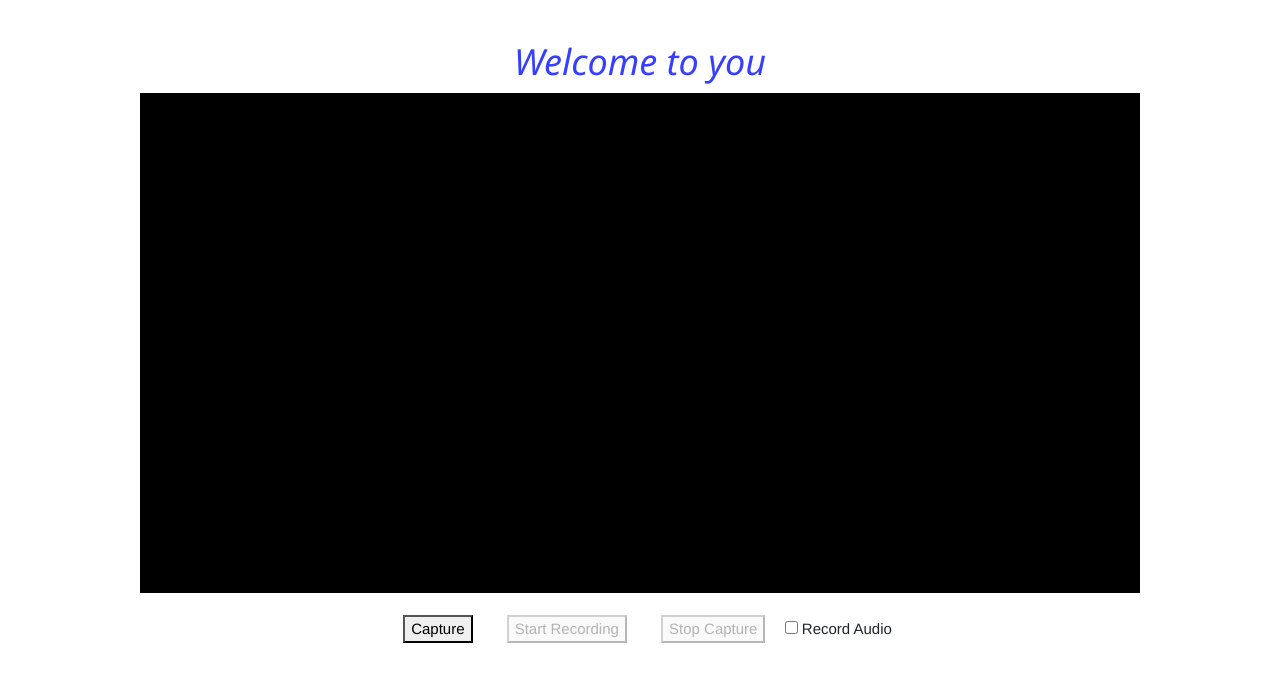
Repository: santiljanomalaj/recording_youtube
Page: index.html
These files come from the project's save history. The page is drawn as it stood at one moment and after the next save; the edit follows.
The browser window is 1280 px wide. The pictures show the whole page.

Above is the page before, as saved 2020-04-29 18:31:23.

### index.html
<!DOCTYPE html>
<html lang="en">
  <head>
    <title>video/audio capture</title>
    <meta charset="utf-8" />
    <meta http-equiv="X-UA-Compatible" content="IE=edge" />
    <meta name="viewport" content="width=device-width, initial-scale=1" />

    <link
      rel="stylesheet"
      href="https://maxcdn.bootstrapcdn.com/bootstrap/4.4.1/css/bootstrap.min.css"
    />
    <link rel="stylesheet" href="https://www.w3schools.com/w3css/4/w3.css" />
    <link
      rel="stylesheet"
      href="https://fonts.googleapis.com/css?family=Tangerine"
    />
    <link rel="stylesheet" href="style.css" />

    <!-- <script>
      if (location.protocol !== "https:") location.protocol = "https:";
    </script> -->
    <!-- import the webpage's stylesheet -->
  </head>
  <body>
    <center>
      <div class="w3-container w3-tangerine">
        <h1 class="w3-xxlarge">Welcome to you</h1>
      </div>
      <p id="warning">
        Enable chrome://flags/#enable-experimental-web-platform-features
      </p>
      <video
        style="background-color: black; width: 1000px; height: 500px;"
        id="videoElement"
        autoplay
      ></video>
      <br />
      <button id="captureBtn">Capture</button>
      <button id="startBtn" disabled>Start Recording</button>
      <button id="stopBtn" disabled>Stop Capture</button>
      <input type="checkbox" id="audioToggle" />
      <label for="audioToggle">Record Audio</label>
      <a class="btn btn-primary" id="download" href="#" style="display: none;"
        >Download</a
      >
      <a
        type="button"
        class="btn btn-primary"
        id="trim"
        href="https://video-cut.glitch.me/"
        style="display: none;"
        target="trim"
        >Trim Video</a
      >
      <a
        type="button"
        class="btn btn-primary"
        id="convert"
        href="https://convert-to-mp4.glitch.me/"
        style="display: none;"
        target="convert"
        >Convert to MP4</a
      >
    </center>

    <script src="comlink.js"></script>
    <script src="https://ajax.googleapis.com/ajax/libs/jquery/3.4.1/jquery.min.js"></script>
    <script src="https://cdnjs.cloudflare.com/ajax/libs/popper.js/1.16.0/umd/popper.min.js"></script>
    <script src="https://maxcdn.bootstrapcdn.com/bootstrap/4.4.1/js/bootstrap.min.js"></script>

    <script>
      if ("getDisplayMedia" in navigator.mediaDevices)
        warning.style.display = "none";

      let blobs;
      let blob;
      let rec;
      let stream;

      captureBtn.onclick = async () => {
        trim.style.display = "none";
        convert.style.display = "none";
        download.style.display = "none";
        let audio = audioToggle.checked || false;

        stream = await navigator.mediaDevices.getDisplayMedia({
          video: true,
          audio: audio,
        });
        stream
          .getVideoTracks()
          .forEach((track) => (track.contentHint = "text"));
        videoElement.srcObject = stream;
        let opts = { mimeType: "video/webm; codecs=h264" };
        blobs = [];
        rec = new MediaRecorder(stream, opts);
        rec.ondataavailable = (e) => blobs.push(e.data);
        rec.onstop = () => {
          blob = new Blob(blobs, { type: "video/mp4" });
          let url = window.URL.createObjectURL(blob);
          download.href = url;
          download.download = "test.mp4";
          download.style.display = "block";
          trim.style.display = "block";
          convert.style.display = "block";
        };
        startBtn.disabled = false;
        captureBtn.disabled = true;
        audioToggle.disabled = true;
      };

      startBtn.onclick = () => {
        startBtn.disabled = true;
        stopBtn.disabled = false;
        rec.start();
      };

      stopBtn.onclick = () => {
        captureBtn.disabled = false;
        startBtn.disabled = true;
        stopBtn.disabled = true;
        audioToggle.disabled = false;
        rec.stop();
        stream.getTracks().forEach((s) => s.stop());
        videoElement.srcObject = null;
        stream = null;
      };

      trim.onclick = async (event) => {
        event.preventDefault();
        let cutWindow = window.open(event.target.href);
        let start = Comlink.proxy(cutWindow);
        setTimeout(async () => {
          let result = await start(
            new File([blob], "test.webm", { type: "video/webm" }),
            "00:00:00"
          );
        }, 1000);
      };

      convert.onclick = async (event) => {
        event.preventDefault();
        let convertWindow = window.open(event.target.href);
        let start = Comlink.proxy(convertWindow);
        setTimeout(async () => {
          let result = await start(
            new File([blob], "test.webm", { type: "video/webm" })
          );
        }, 1000);
      };
    </script>
  </body>
</html>

### style.css
/* CSS files add styling rules to your content */

body {
  font-family: "Benton Sans", "Helvetica Neue", helvetica, arial, sans-serif;
  margin: 2em;
}

h1 {
  font-style: italic;
  color: #373fff;
}

video {
  width: 1000px;
  height: 1000px;
}

button {
  margin: 1em;
  padding: 1;
}

.w3-tangerine {
  font-family: "Tangerine", serif;
}

### comlink.js
/**
 * Copyright 2017 Google Inc. All Rights Reserved.
 * Licensed under the Apache License, Version 2.0 (the "License");
 * you may not use this file except in compliance with the License.
 * You may obtain a copy of the License at
 *     http://www.apache.org/licenses/LICENSE-2.0
 * Unless required by applicable law or agreed to in writing, software
 * distributed under the License is distributed on an "AS IS" BASIS,
 * WITHOUT WARRANTIES OR CONDITIONS OF ANY KIND, either express or implied.
 * See the License for the specific language governing permissions and
 * limitations under the License.
 */
(function (factory) {
  if (typeof module === "object" && typeof module.exports === "object") {
    var v = factory(require, exports);
    if (v !== undefined) module.exports = v;
  } else if (typeof define === "function" && define.amd) {
    define(["require", "exports"], factory);
  } else {
    factory([], (self.Comlink = {}));
  }
})(function (require, exports) {
  "use strict";
  Object.defineProperty(exports, "__esModule", { value: true });
  const TRANSFERABLE_TYPES = [ArrayBuffer, MessagePort];
  const uid = Math.floor(Math.random() * Number.MAX_SAFE_INTEGER);
  const proxyValueSymbol = Symbol("proxyValue");
  const throwSymbol = Symbol("throw");
  const proxyTransferHandler = {
    canHandle: (obj) => obj && obj[proxyValueSymbol],
    serialize: (obj) => {
      const { port1, port2 } = new MessageChannel();
      expose(obj, port1);
      return port2;
    },
    deserialize: (obj) => {
      return proxy(obj);
    },
  };
  const throwTransferHandler = {
    canHandle: (obj) => obj && obj[throwSymbol],
    serialize: (obj) => obj.toString() + "\n" + obj.stack,
    deserialize: (obj) => {
      throw Error(obj);
    },
  };
  exports.transferHandlers = new Map([
    ["PROXY", proxyTransferHandler],
    ["THROW", throwTransferHandler],
  ]);
  let pingPongMessageCounter = 0;
  function proxy(endpoint, target) {
    if (isWindow(endpoint)) endpoint = windowEndpoint(endpoint);
    if (!isEndpoint(endpoint))
      throw Error(
        "endpoint does not have all of addEventListener, removeEventListener and postMessage defined"
      );
    activateEndpoint(endpoint);
    return cbProxy(
      async (irequest) => {
        let args = [];
        if (irequest.type === "APPLY" || irequest.type === "CONSTRUCT")
          args = irequest.argumentsList.map(wrapValue);
        const response = await pingPongMessage(
          endpoint,
          Object.assign({}, irequest, { argumentsList: args }),
          transferableProperties(args)
        );
        const result = response.data;
        return unwrapValue(result.value);
      },
      [],
      target
    );
  }
  exports.proxy = proxy;
  function proxyValue(obj) {
    obj[proxyValueSymbol] = true;
    return obj;
  }
  exports.proxyValue = proxyValue;
  function expose(rootObj, endpoint) {
    if (isWindow(endpoint)) endpoint = windowEndpoint(endpoint);
    if (!isEndpoint(endpoint))
      throw Error(
        "endpoint does not have all of addEventListener, removeEventListener and postMessage defined"
      );
    activateEndpoint(endpoint);
    attachMessageHandler(endpoint, async function (event) {
      if (!event.data.id || !event.data.callPath) return;
      const irequest = event.data;
      let that = await irequest.callPath
        .slice(0, -1)
        .reduce((obj, propName) => obj[propName], rootObj);
      let obj = await irequest.callPath.reduce(
        (obj, propName) => obj[propName],
        rootObj
      );
      let iresult = obj;
      let args = [];
      if (irequest.type === "APPLY" || irequest.type === "CONSTRUCT")
        args = irequest.argumentsList.map(unwrapValue);
      if (irequest.type === "APPLY") {
        try {
          iresult = await obj.apply(that, args);
        } catch (e) {
          iresult = e;
          iresult[throwSymbol] = true;
        }
      }
      if (irequest.type === "CONSTRUCT") {
        try {
          iresult = new obj(...args); // eslint-disable-line new-cap
          iresult = proxyValue(iresult);
        } catch (e) {
          iresult = e;
          iresult[throwSymbol] = true;
        }
      }
      if (irequest.type === "SET") {
        obj[irequest.property] = irequest.value;
        // FIXME: ES6 Proxy Handler `set` methods are supposed to return a
        // boolean. To show good will, we return true asynchronously ¯\_(ツ)_/¯
        iresult = true;
      }
      iresult = makeInvocationResult(iresult);
      iresult.id = irequest.id;
      return endpoint.postMessage(iresult, transferableProperties([iresult]));
    });
  }
  exports.expose = expose;
  function wrapValue(arg) {
    // Is arg itself handled by a TransferHandler?
    for (const [key, transferHandler] of exports.transferHandlers) {
      if (transferHandler.canHandle(arg)) {
        return {
          type: key,
          value: transferHandler.serialize(arg),
        };
      }
    }
    // If not, traverse the entire object and find handled values.
    let wrappedChildren = [];
    for (const item of iterateAllProperties(arg)) {
      for (const [key, transferHandler] of exports.transferHandlers) {
        if (transferHandler.canHandle(item.value)) {
          wrappedChildren.push({
            path: item.path,
            wrappedValue: {
              type: key,
              value: transferHandler.serialize(item.value),
            },
          });
        }
      }
    }
    for (const wrappedChild of wrappedChildren) {
      const container = wrappedChild.path
        .slice(0, -1)
        .reduce((obj, key) => obj[key], arg);
      container[wrappedChild.path[wrappedChild.path.length - 1]] = null;
    }
    return {
      type: "RAW",
      value: arg,
      wrappedChildren,
    };
  }
  function unwrapValue(arg) {
    if (exports.transferHandlers.has(arg.type)) {
      const transferHandler = exports.transferHandlers.get(arg.type);
      return transferHandler.deserialize(arg.value);
    } else if (isRawWrappedValue(arg)) {
      for (const wrappedChildValue of arg.wrappedChildren || []) {
        if (!exports.transferHandlers.has(wrappedChildValue.wrappedValue.type))
          throw Error(
            `Unknown value type "${arg.type}" at ${wrappedChildValue.path.join(
              "."
            )}`
          );
        const transferHandler = exports.transferHandlers.get(
          wrappedChildValue.wrappedValue.type
        );
        const newValue = transferHandler.deserialize(
          wrappedChildValue.wrappedValue.value
        );
        replaceValueInObjectAtPath(arg.value, wrappedChildValue.path, newValue);
      }
      return arg.value;
    } else {
      throw Error(`Unknown value type "${arg.type}"`);
    }
  }
  function replaceValueInObjectAtPath(obj, path, newVal) {
    const lastKey = path.slice(-1)[0];
    const lastObj = path.slice(0, -1).reduce((obj, key) => obj[key], obj);
    lastObj[lastKey] = newVal;
  }
  function isRawWrappedValue(arg) {
    return arg.type === "RAW";
  }
  function windowEndpoint(w) {
    if (self.constructor.name !== "Window") throw Error("self is not a window");
    return {
      addEventListener: self.addEventListener.bind(self),
      removeEventListener: self.removeEventListener.bind(self),
      postMessage: (msg, transfer) => w.postMessage(msg, "*", transfer),
    };
  }
  function isEndpoint(endpoint) {
    return (
      "addEventListener" in endpoint &&
      "removeEventListener" in endpoint &&
      "postMessage" in endpoint
    );
  }
  function activateEndpoint(endpoint) {
    if (isMessagePort(endpoint)) endpoint.start();
  }
  function attachMessageHandler(endpoint, f) {
    // Checking all possible types of `endpoint` manually satisfies TypeScript’s
    // type checker. Not sure why the inference is failing here. Since it’s
    // unnecessary code I’m going to resort to `any` for now.
    // if(isWorker(endpoint))
    //   endpoint.addEventListener('message', f);
    // if(isMessagePort(endpoint))
    //   endpoint.addEventListener('message', f);
    // if(isOtherWindow(endpoint))
    //   endpoint.addEventListener('message', f);
    endpoint.addEventListener("message", f);
  }
  function detachMessageHandler(endpoint, f) {
    // Same as above.
    endpoint.removeEventListener("message", f);
  }
  function isMessagePort(endpoint) {
    return endpoint.constructor.name === "MessagePort";
  }
  function isWindow(endpoint) {
    // TODO: This doesn’t work on cross-origin iframes.
    // return endpoint.constructor.name === 'Window';
    return ["window", "length", "location", "parent", "opener"].every(
      (prop) => prop in endpoint
    );
  }
  /**
   * `pingPongMessage` sends a `postMessage` and waits for a reply. Replies are
   * identified by a unique id that is attached to the payload.
   */
  function pingPongMessage(endpoint, msg, transferables) {
    const id = `${uid}-${pingPongMessageCounter++}`;
    return new Promise((resolve) => {
      attachMessageHandler(endpoint, function handler(event) {
        if (event.data.id !== id) return;
        detachMessageHandler(endpoint, handler);
        resolve(event);
      });
      // Copy msg and add `id` property
      msg = Object.assign({}, msg, { id });
      endpoint.postMessage(msg, transferables);
    });
  }
  function cbProxy(cb, callPath = [], target = function () {}) {
    return new Proxy(target, {
      construct(_target, argumentsList, proxy) {
        return cb({
          type: "CONSTRUCT",
          callPath,
          argumentsList,
        });
      },
      apply(_target, _thisArg, argumentsList) {
        // We use `bind` as an indicator to have a remote function bound locally.
        // The actual target for `bind()` is currently ignored.
        if (callPath[callPath.length - 1] === "bind")
          return cbProxy(cb, callPath.slice(0, -1));
        return cb({
          type: "APPLY",
          callPath,
          argumentsList,
        });
      },
      get(_target, property, proxy) {
        if (property === "then" && callPath.length === 0) {
          return { then: () => proxy };
        } else if (property === "then") {
          const r = cb({
            type: "GET",
            callPath,
          });
          return Promise.resolve(r).then.bind(r);
        } else {
          return cbProxy(cb, callPath.concat(property), _target[property]);
        }
      },
      set(_target, property, value, _proxy) {
        return cb({
          type: "SET",
          callPath,
          property,
          value,
        });
      },
    });
  }
  function isTransferable(thing) {
    return TRANSFERABLE_TYPES.some((type) => thing instanceof type);
  }
  function* iterateAllProperties(value, path = [], visited = null) {
    if (!value) return;
    if (!visited) visited = new WeakSet();
    if (visited.has(value)) return;
    if (typeof value === "string") return;
    if (typeof value === "object") visited.add(value);
    if (ArrayBuffer.isView(value)) return;
    yield { value, path };
    const keys = Object.keys(value);
    for (const key of keys)
      yield* iterateAllProperties(value[key], [...path, key], visited);
  }
  function transferableProperties(obj) {
    const r = [];
    for (const prop of iterateAllProperties(obj)) {
      if (isTransferable(prop.value)) r.push(prop.value);
    }
    return r;
  }
  function makeInvocationResult(obj) {
    for (const [type, transferHandler] of exports.transferHandlers) {
      if (transferHandler.canHandle(obj)) {
        const value = transferHandler.serialize(obj);
        return {
          value: { type, value },
        };
      }
    }
    return {
      value: {
        type: "RAW",
        value: obj,
      },
    };
  }
});

After the next save:
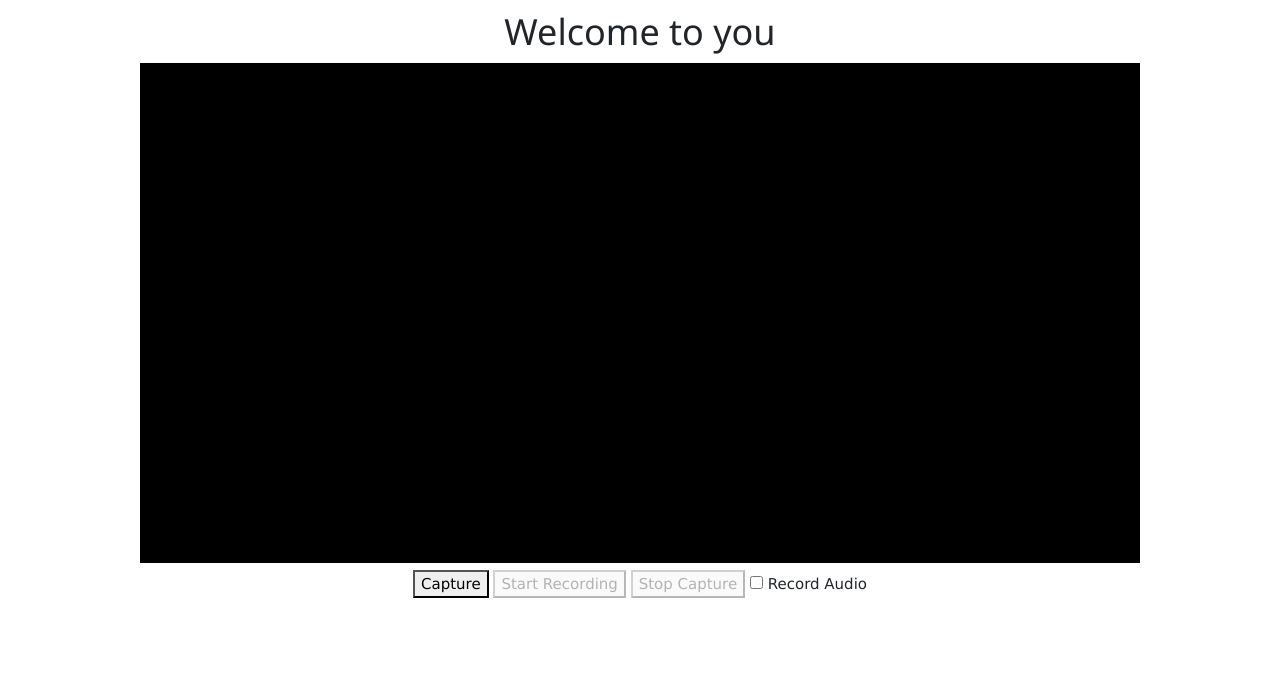
Saved 45 s later.
--- a/index.html
+++ b/index.html
@@ -15,7 +15,7 @@
       rel="stylesheet"
       href="https://fonts.googleapis.com/css?family=Tangerine"
     />
-    <link rel="stylesheet" href="style.css" />
+    <!-- <link rel="stylesheet" href="style.css" /> -->
 
     <!-- <script>
       if (location.protocol !== "https:") location.protocol = "https:";

After the save that followed:
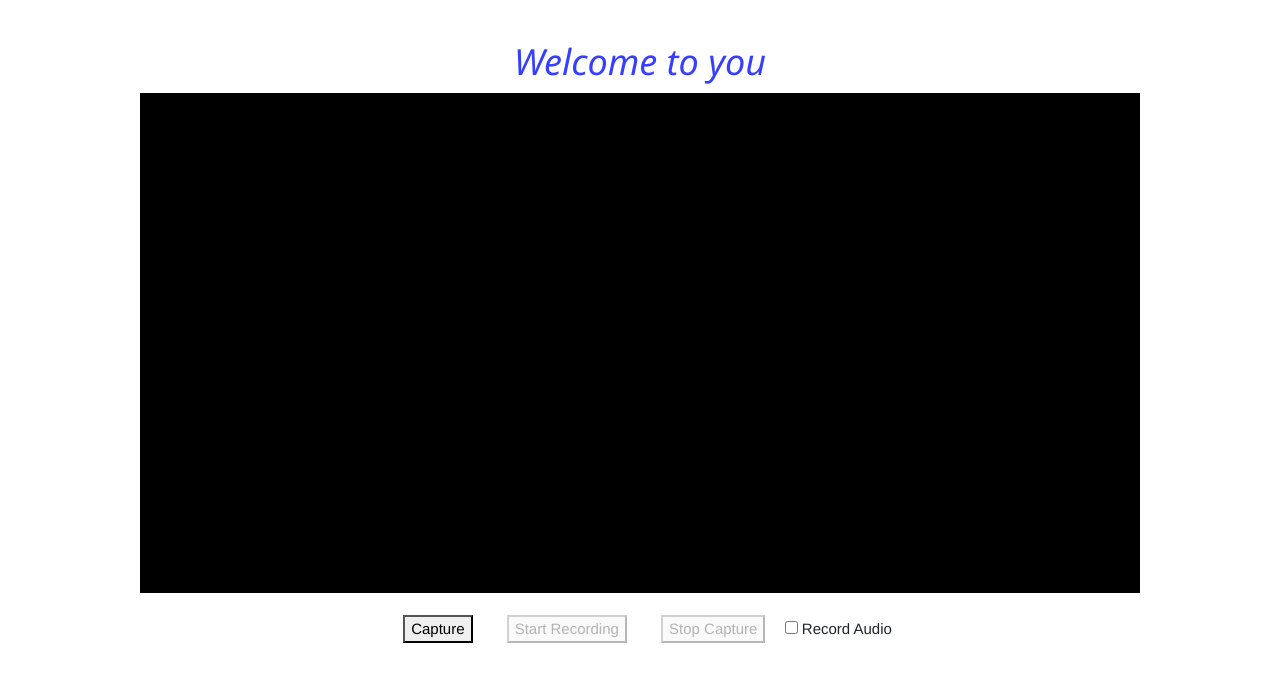
Saved 7 s later.
--- a/index.html
+++ b/index.html
@@ -15,7 +15,7 @@
       rel="stylesheet"
       href="https://fonts.googleapis.com/css?family=Tangerine"
     />
-    <!-- <link rel="stylesheet" href="style.css" /> -->
+    <link rel="stylesheet" href="style.css" />
 
     <!-- <script>
       if (location.protocol !== "https:") location.protocol = "https:";
